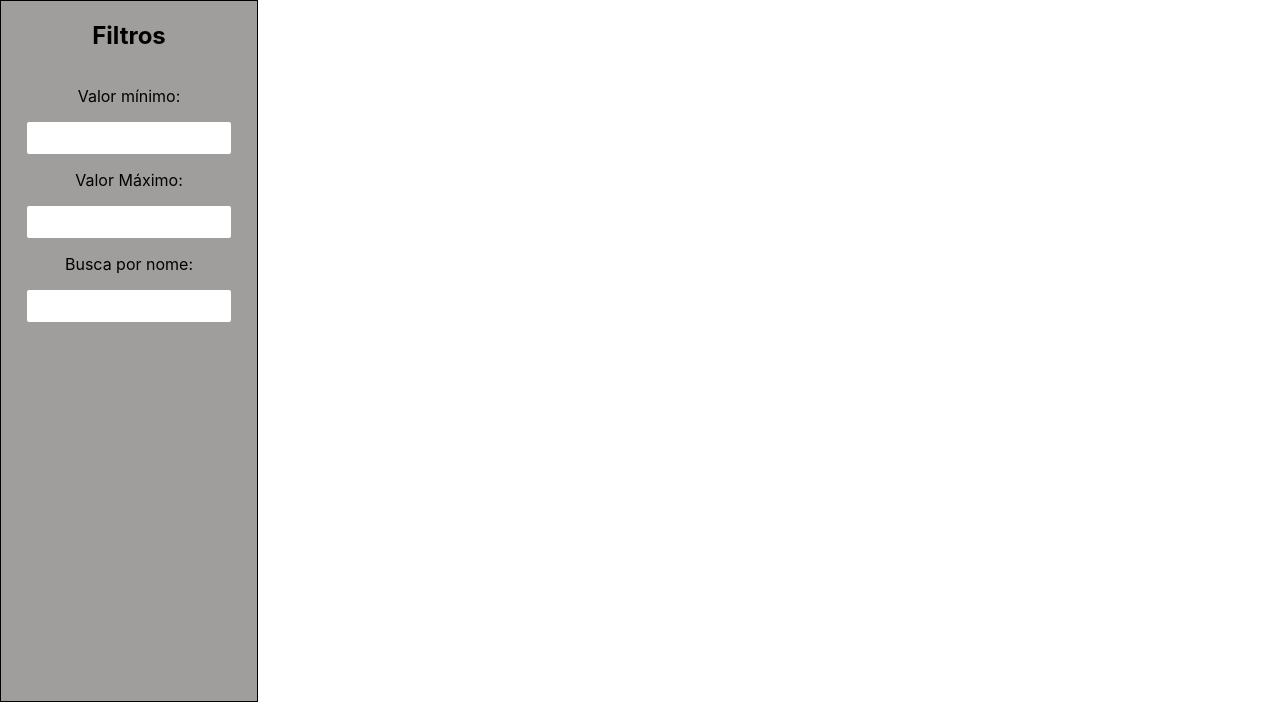
Repository: future4code/Shaw-labe-commerce9
Page: /
The author's editor kept a copy of each file at every save. The page is drawn from the files as they stood at one save, then again after the next save.
The browser window is 1280 px wide. The pictures show the whole page.
The project was rebuilt for these pictures with package versions that can differ from the ones it lists, and the page was loaded fresh each time. Also part of the build but not shown: src/App.css.

Above is the page before, as saved 2022-03-30 16:43:59.

After the next save:
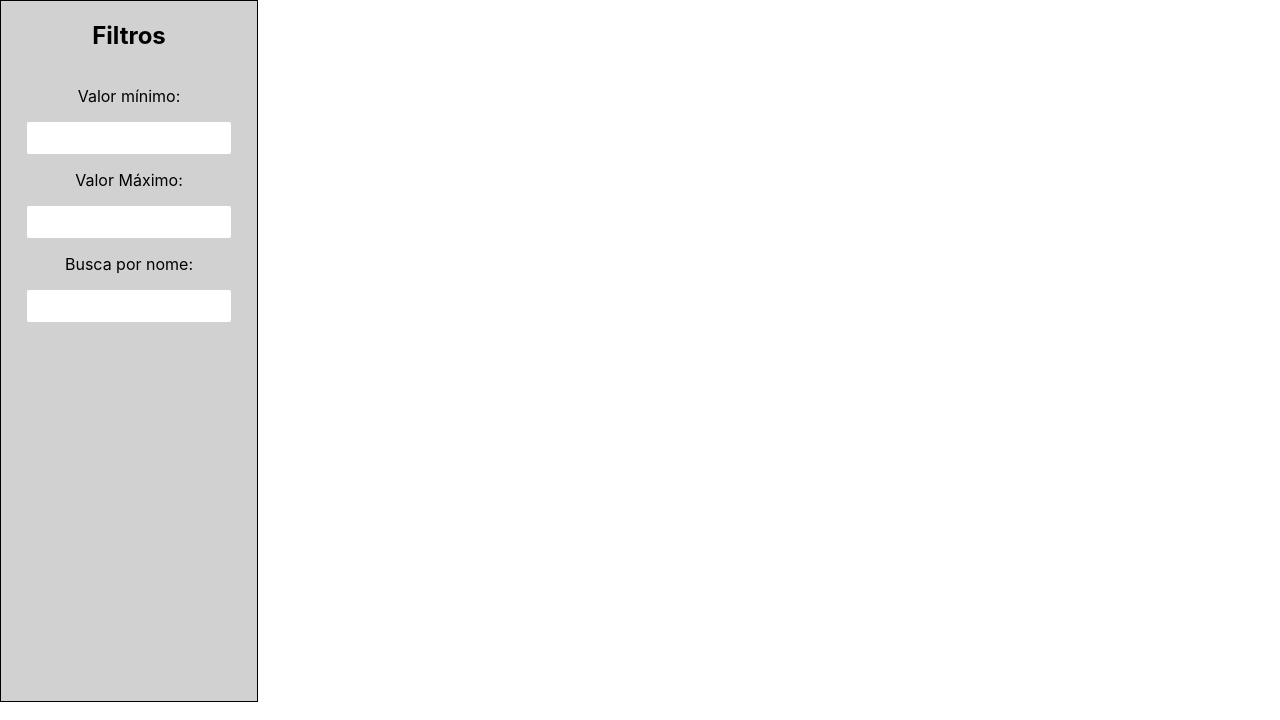
Saved 16 s later.
--- a/src/components/filtro.jsx
+++ b/src/components/filtro.jsx
@@ -3,7 +3,7 @@ import styled from "styled-components";
 
 
 const ContainerFiltro =styled.div`
-background-color: #a09d9d;
+background-color: #d1d1d1;
 display: flex;
 flex-direction: column;
 justify-content: flex-start;
